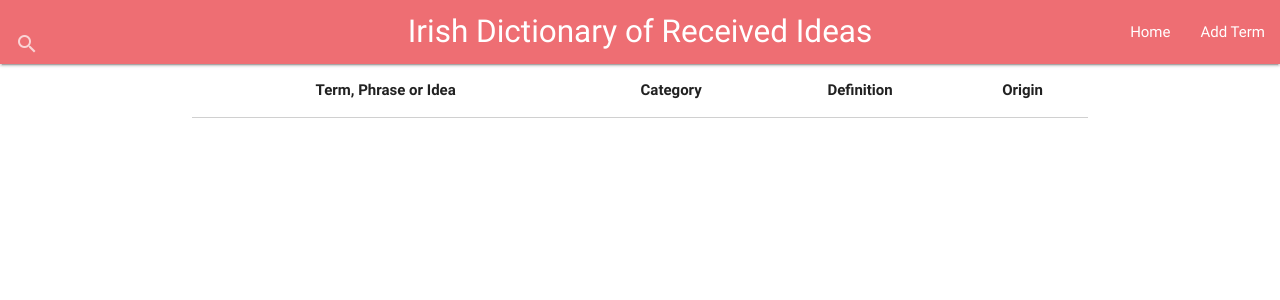
Repository: kalkiboru111/irish-dictionary-of-received-ideas
Page: http://localhost/get_terms
The author's editor kept a record of every edit. The page is drawn from the files as they stood at one moment, then again after the next edit.
The browser window is 1280 px wide. The pictures show the whole page.
Some web libraries are served in a nearby version. The page is served by the project's application, run on Flask 3 (app.py). Queries for data that is not in the repository find no rows.

Above is the page before.
Console error: TypeError: $(...).formSelect is not a function

### templates/terms.html

{% extends 'base.html' %}
{% block content %}

    <table class="highlight centered responsive-table">
        <thead>
          <tr>
              <th>Term, Phrase or Idea</th>
              <th>Category</th>
              <th>Definition</th>
              <th>Origin</th>
          </tr>
        </thead>
        <tbody>
        {% for term in terms %}
          <tr>
            <td>{{term.term_name}}</td>
            <td>{{term.term_category}}</td>
            <td>{{term.term_definition}}</td>
            <td>{{term.term_origin}}</td>
          </tr>
         {% endfor %}
        </tbody>
    </table>

{% endblock %}

### templates/base.html
<!DOCTYPE html>
<html>

<head>
    <link href="https://fonts.googleapis.com/icon?family=Material+Icons" rel="stylesheet">
    <link rel="stylesheet" href="https://cdnjs.cloudflare.com/ajax/libs/materialize/0.100.2/css/materialize.min.css">
    <link rel="stylesheet" href="{{url_for('static', filename='css/style.css')}}" type="text/css" />
    <script src="https://kit.fontawesome.com/845efe5847.js"></script>
</head>

<body>
    <header>
        <nav>
            <div class="nav-wrapper">
                <ul>
                    <li><a href="{{url_for('get_terms')}}" class="brand-logo center">Irish Dictionary of Received Ideas</a></li>
                </ul>
                <form>
                    <div class="input-field">
                        <input id="search" type="search" required>
                        <label for="search"><i class="material-icons">search</i></label>
                        <i class="material-icons icon-close">close</i>
                    </div>
                </form>
                <ul id="main-menu" class="right">
                    <li><a href="{{url_for('get_terms')}}">Home</a></li>
                    <li><a href="{{url_for('add_term')}}">Add Term</a></li>
                </ul>
            </div>
        </nav>
    </header>
    <div class="container">
        {% block content %} {% endblock %}
    </div>
    <script src="https://cdnjs.cloudflare.com/ajax/libs/jquery/3.2.1/jquery.min.js"></script>
    <script src="https://cdnjs.cloudflare.com/ajax/libs/materialize/0.100.2/js/materialize.min.js"></script>
    <script type="text/javascript">
        $(document).ready(function() {
            $('select').formSelect();
            $('.sidenav').sidenav();
        });
    </script>

</body>

</html>

### app.py
import os
from flask import Flask, render_template, redirect, request, url_for
from flask_pymongo import PyMongo
from bson.objectid import ObjectId

app = Flask(__name__)

app.config['MONGO_DBNAME'] = 'irish_dictionary'
app.config["MONGO_URI"] = os.getenv("MONGO_URI")

mongo = PyMongo(app)

@app.route('/')

# View directs user to terms page
@app.route('/get_terms')
def get_terms():
    return render_template("terms.html",
    terms=mongo.db.terms.find())

@app.route('/add_term')
def add_term():
    return render_template("add_term.html",
    categories=mongo.db.categories.find())

@app.route('/insert_term', methods=['POST'])
def insert_term():
    terms = mongo.db.terms
    terms.insert_one(request.form.to_dict())
    return redirect(url_for('get_terms'))

@app.route('/edit_term/<term_id>')
def edit_term(term_id):
    the_term =  mongo.db.terms.find_one({"_id": ObjectId(term_id)})
    all_categories =  mongo.db.categories.find()


    print(mongo.db)
    return render_template('edit_term.html', term=the_term,
                           categories=all_categories)


@app.route('/update_term/<term_id>', methods=['POST'])
def update_term(term_id):
    terms = mongo.db.terms
    terms.update( {"_id": ObjectId(term_id)},
    {   'term_name':request.form.get('term_name'),
        'category_name':request.form.get('category_name'),
        'term_definition': request.form.get('term_definition'),
        'term_origin':request.form.get('term_origin')
    })
    return redirect(url_for('get_terms'))

@app.route('/delete_term/<term_id>')
def delete_term(term_id):
    mongo.db.terms.remove({"_id": ObjectId(term_id)})
    return redirect(url_for('get_terms'))

@app.route('/get_categories')
def get_categories():
    return render_template("categories.html",
    categories=mongo.db.categories.find())

@app.route('/edit_category/<category_id>')
def edit_category(category_id):
    return render_template('editcategory.html',
                           category=mongo.db.categories.find_one(
                           {'_id': ObjectId(category_id)}))

@app.route('/update_category/<category_id>', methods=['POST'])
def update_category(category_id):
    mongo.db.categories.update(
        {'_id': ObjectId(category_id)},
        {'category_name': request.form.get('category_name')})
    return redirect(url_for('get_categories'))

@app.route('/delete__category/<category_id>')
def delete_category(category_id):
    mongo.db.categories.remove(
        {'_id': ObjectId(category_id)})
    return redirect(url_for('get_categories'))

@app.route('/insert_category', methods=['POST'])
def insert_category():
    category_doc = {'category_name': request.form.get('category_name')}
    mongo.db.categories.insert_one(category_doc)
    return redirect(url_for('get_categories'))

@app.route('/add_category')
def add_category():
    return render_template('addcategory.html')

if __name__ == '__main__':
    app.run(host=os.environ.get('IP'),
            port=int(os.environ.get('PORT')),
            debug=True)

### static/css/style.css
/* body {
    background-color: red;
} */



#main-menu {position:absolute; right:0; top : 0;}

.brand-logo {position:absolute; z-index: 9;}

After the next edit:
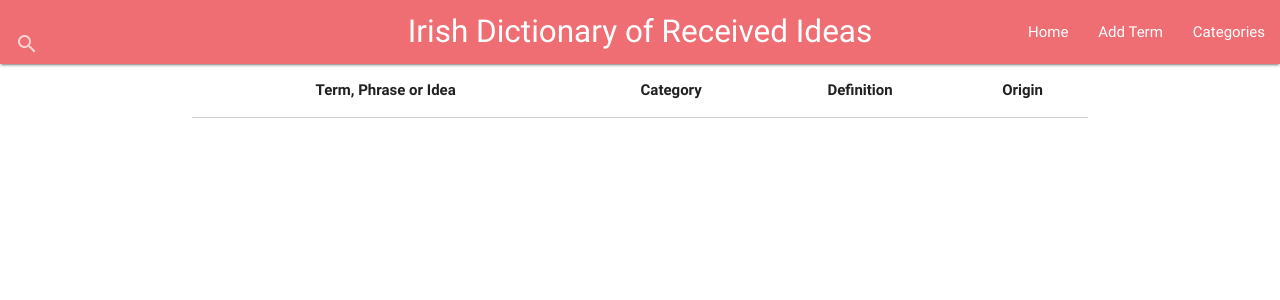
The edit:
--- a/templates/base.html
+++ b/templates/base.html
@@ -25,6 +25,7 @@
                 <ul id="main-menu" class="right">
                     <li><a href="{{url_for('get_terms')}}">Home</a></li>
                     <li><a href="{{url_for('add_term')}}">Add Term</a></li>
+                    <li><a href="{{url_for('get_categories')}}">Categories</a></li>
                 </ul>
             </div>
         </nav>
